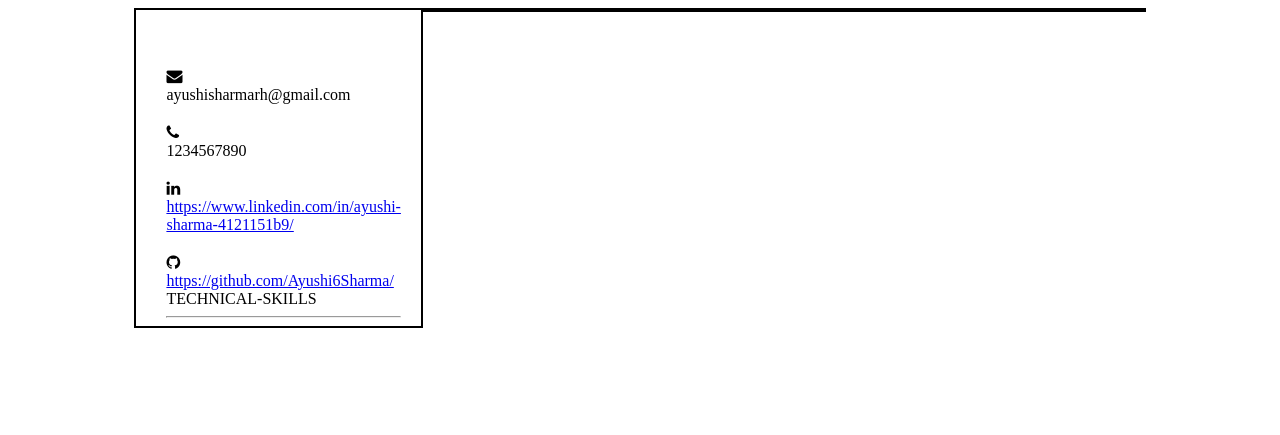
Repository: Ayushi6Sharma/Resume
Page: index.html
The author's editor kept a copy of each file at every save. The page is drawn from the files as they stood at one save, then again after the next save.
The browser window is 1280 px wide. The pictures show the whole page.

Above is the page before, as saved 2022-05-03 23:32:04.

### index.html
<!DOCTYPE html>
<html lang="en">
    <head>
        <meta charset="utf-8">
        <meta http-equiv="X-UA-Compatible" content="IE=edge">
        <meta name="viewport" content="width=device-width, initial-scale=1">
        <meta name="description" content="Responsive resume for companies">
        <meta name="author" content="Ayushi Sharma">
        <div class="profile-linkedin"></div>
        <link rel="stylesheet" href="style.css">
        <!-- <link rel="stylesheet" href="https://cdn.jsdelivr.net/npm/@fortawesome/fontawesome-free@5.15.4/css/fontawesome.min.css" integrity="sha384-jLKHWM3JRmfMU0A5x5AkjWkw/EYfGUAGagvnfryNV3F9VqM98XiIH7VBGVoxVSc7" crossorigin="anonymous"> -->
        <!-- <link href="https://cdnjs.cloudflare.com/ajax/libs/font-awesome/5.13.0/css/all.min.css" rel="stylesheet"> -->
        <link rel="stylesheet" href="https://stackpath.bootstrapcdn.com/font-awesome/4.7.0/css/font-awesome.min.css" integrity="sha384-wvfXpqpZZVQGK6TAh5PVlGOfQNHSoD2xbE+QkPxCAFlNEevoEH3Sl0sibVcOQVnN" crossorigin="anonymous">
        <title>Resume</title>
    </head>
    <body>
        <main class="main-content" contenteditable="false">
            <section>
                <div class="left-main-content">
                    <!-- Profile data -->
                    <div class="profile-data">
                        <div class="profile-image">
                           <img src="" class="img">
                        </div>
                        <div class="profile-email">
                            <div class="email-icon">
                                <i class="fa fa-envelope"></i>
                            </div>
                            <div class="email-address">
                                ayushisharmarh@gmail.com
                            </div>
                        </div>
                        <div class="profile-contact">
                            <div class="phone-icon">
                                <i class="fa fa-phone"></i>
                            </div>
                            <div class="phone-number">
                                1234567890
                            </div>
                        </div>
                        <div class="profile-linkedin">
                            <div class="linkedid-icon">
                                <i class="fa fa-linkedin"></i>
                            </div>
                            <div class="linkedin-account">
                                <a href="https://www.linkedin.com/in/ayushi-sharma-4121151b9/">https://www.linkedin.com/in/ayushi-sharma-4121151b9/</a>
                            </div>
                        </div>
                        <div class="profile-github">
                            <div class="github-icon">
                                <i class="fa fa-github"></i>
                            </div>
                            <div class="github account-account">
                               <a href="https://github.com/Ayushi6Sharma/">https://github.com/Ayushi6Sharma/</a>
                            </div>
                        </div>
                    </div>
                    <!-- Technical Skills -->
                    <div class="technical-skills">
                        <div class="title">
                            TECHNICAL-SKILLS
                        </div>
                        <hr>
                    </div>

                </div>

            </section>
            <section>
                <div class="right-main-content">

                </div>
            </section>
        </main>
    </body>
</html>

### style.css
.main-content
{
    display: grid;
    grid-template-columns:1fr 3fr;
    width:80%;
    margin: auto;
}
.left-main-content
{
    border:2px solid black;
    padding-left: 30px;
    padding-right: 20px;
}
.right-main-content
{
    border: 2px solid black;
}
.profile-data >div{
    margin-top: 20px;
}

After the next save:
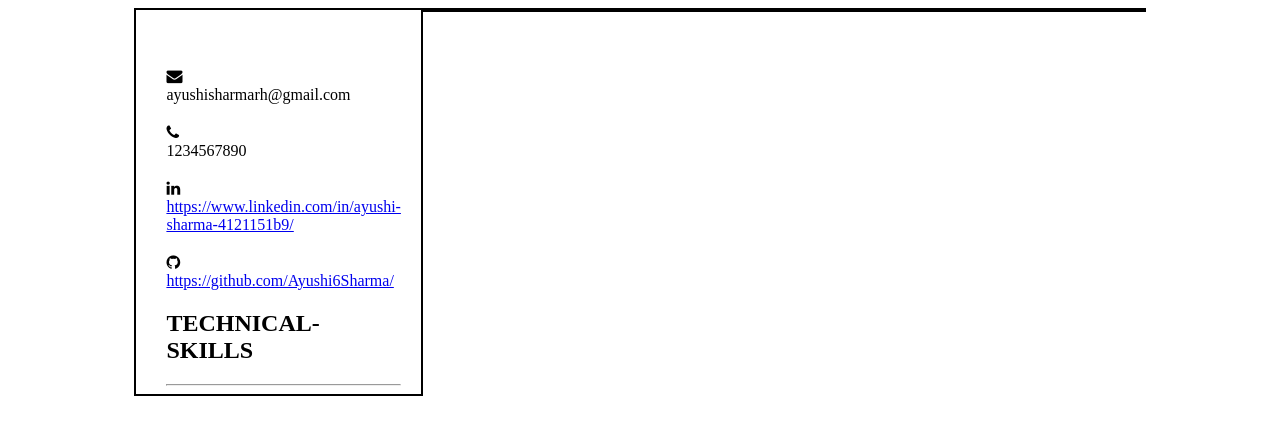
Saved 64 s later.
--- a/index.html
+++ b/index.html
@@ -58,7 +58,7 @@
                     <!-- Technical Skills -->
                     <div class="technical-skills">
                         <div class="title">
-                            TECHNICAL-SKILLS
+                            <h2>TECHNICAL-SKILLS</h2>
                         </div>
                         <hr>
                     </div>

After the save that followed:
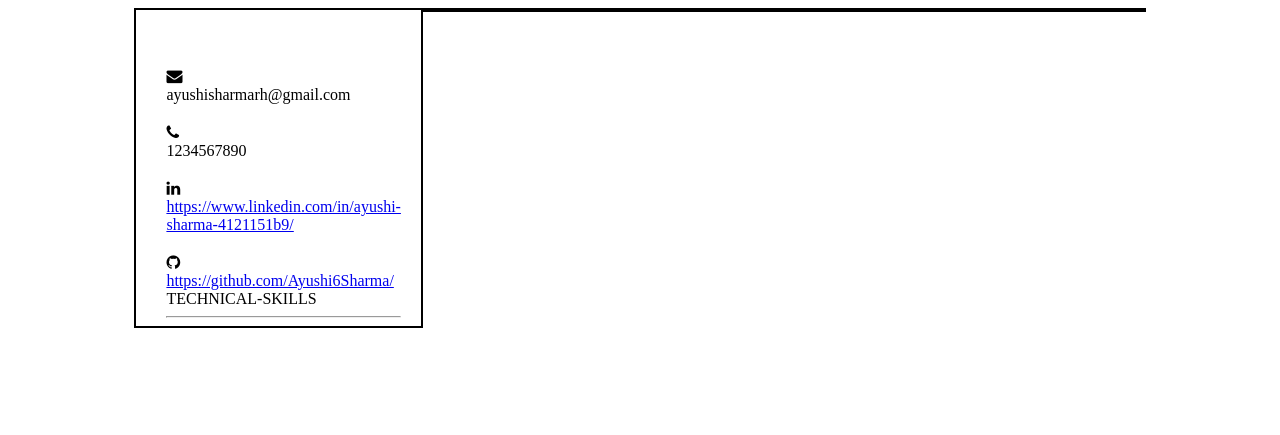
Saved 16 s later.
--- a/index.html
+++ b/index.html
@@ -58,7 +58,7 @@
                     <!-- Technical Skills -->
                     <div class="technical-skills">
                         <div class="title">
-                            <h2>TECHNICAL-SKILLS</h2>
+                            <bold>TECHNICAL-SKILLS</bold>
                         </div>
                         <hr>
                     </div>
